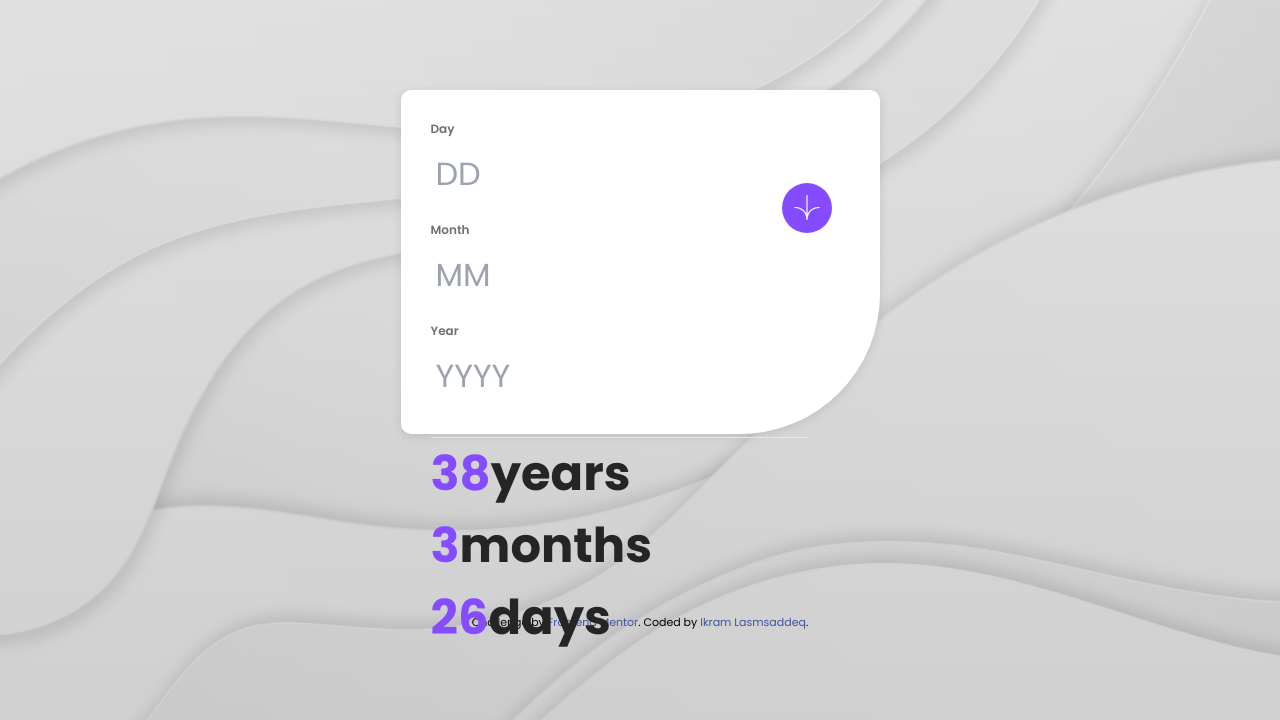
Repository: ikram-lisa/age-display
Page: /
The author's editor kept a copy of each file at every save. The page is drawn from the files as they stood at one save, then again after the next save.
The browser window is 1280 px wide. The pictures show the whole page.
Some web libraries are served in a nearby version. The project was rebuilt for these pictures with package versions that can differ from the ones it lists, and the page was loaded fresh each time.

Above is the page before, as saved 2024-05-01 00:40:38.

### index.html
<!DOCTYPE html>
<html lang="en">
  <head>
    <meta charset="UTF-8" />
    <meta name="viewport" content="width=device-width, initial-scale=1.0" />
    <!-- displays site properly based on user's device -->
    <link href="https://cdn.tailwindcss.com" rel="stylesheet" />
    <link rel="stylesheet" href="./css/style.scss" />
    <link
      rel="icon"
      type="image/png"
      sizes="32x32"
      href="./assets/images/favicon-32x32.png"
    />

    <title>Frontend Mentor | Age calculator app</title>
    <style>
      .attribution {
        font-size: 11px;
        text-align: center;
      }
      .attribution a {
        color: hsl(228, 45%, 44%);
      }
    </style>
  </head>
  <!-- <script type="module" src="js/script.js"></script> -->
  <body>
    <section class="calculator">
      <header>
        <form class="form" action="">
          <div class="formInput active error">
            <label for="day">Day</label>
            <input
              type="text"
              class="day"
              id="day"
              type="number"
              placeholder="DD"
              required
              minlength="4"
              maxlength="8"
              size="10"
            />
          </div>

          <div class="formInput active error">
            <label for="month">Month</label>
            <input
              type="text"
              class="month"
              id="month"
              type="number"
              placeholder="MM"
              required
              minlength="4"
              maxlength="8"
              size="10"
            />
          </div>

          <div class="formInput active error">
            <label for="year">Year</label>
            <input
              type="text"
              class="year"
              id="year"
              type="number"
              placeholder="YYYY"
              required
              minlength="4"
              maxlength="8"
              size="10"
            />
          </div>
        </form>
      </header>

      <button class="submit">
        <img src="./assets/images/icon-arrow.svg" alt="submit" />
      </button>

      <hr class="separator" />
      <div class="result">
        <p class="years"><span>38</span>years</p>
        <p class="month"><span>3</span>months</p>
        <p class="days"><span>26</span>days</p>
      </div>
    </section>
    <footer>
      <div class="attribution">
        Challenge by
        <a href="https://www.frontendmentor.io?ref=challenge" target="_blank"
          >Frontend Mentor</a
        >. Coded by <a href="#">Ikram Lasmsaddeq</a>.
      </div>
    </footer>
  </body>
</html>

### css/style.scss
@use "./base/variable" as *;
@use "./base/font.scss" as *;

@tailwind base;
@tailwind components;
@tailwind utilities;

* {
  margin: 0;
  padding: 0;
  box-sizing: border-box;
}
body {
  height: 100vh;
  background: linear-gradient(
      rgba(196, 196, 196, 0.5),
      rgba(161, 161, 161, 0.5)
    ),
    url("../images/background.jpg");
  background-size: cover;
  background-position: center;
  background-repeat: no-repeat;
  font-size: 32px;
  font-family: "Poppins", sans-serif;
  display: grid;
  place-items: center;
}
.calculator {
  width: 35%;
  min-width: 479px;
  height: 344px;
  background-color: white;
  border-radius: 10px 10px 140px 10px;
  box-shadow: rgba(99, 99, 99, 0.2) 0px 2px 8px 0px;
  position: relative;
  display: flex;
  flex-direction: column;
  padding: 30px;
  .form {
    display: flex;
    flex-wrap: wrap;
    margin-bottom: 30px;
    gap: 16px;
    .formInput {
      display: flex;
      flex-direction: column;

      label {
        font-size: 12px;
        font-weight: 600;
        margin-bottom: 5px;
        color: $smokeyGrey;
      }
      input[type="text"] {
        border: 1 solid rgb(217, 217, 217);
        padding: 7px 5px;
        outline: none;
      }
    }
  }
  .submit {
    width: 50px;
    height: 50px;
    border-radius: 50%;
    display: flex;
    justify-content: center;
    align-items: center;
    background-color: $purple;
    color: white;
    border: none;
    padding: 10px;
    position: absolute;
    top: 27%;
    right: 10%;
    cursor: pointer;
    transition: all 0.3s;

    &:hover {
      background-color: darken($purple, 10%);
    }
    img {
      width: 25px;
      height: 25px;
      display: block;
      min-width: 30px;
    }
  }

  .separator {
    width: 90%;
    height: 1px;
    background-color: rgb(209, 209, 209);
  }
  .result {
    .years,
    .month,
    .days {
      font-size: 48px;
      color: #252525;
      font-weight: bold;
      span {
        color: $purple;
      }
    }
  }
}

@media (max-width: 375px) {
}
@media (max-width: 768px) {
}
@media (max-width: 1440px) {
}

### css/base/_variable.scss
// Primary

$purple: hsl(259, 100%, 65%);
$lightRed: hsl(0, 100%, 67%);

// Neutral

$white: hsl(0, 0%, 100%);
$offWhite: hsl(0, 0%, 94%);
$lightGrey: hsl(0, 0%, 86%);
$smokeyGrey: hsl(0, 1%, 44%);
$offBlack: hsl(0, 0%, 8%);

### css/base/_font.scss
@import url("https://fonts.googleapis.com/css2?family=Montserrat:ital,wght@0,100..900;1,100..900&family=Open+Sans:ital,wght@0,400;0,600;0,700;0,800;1,400;1,700;1,800&family=Poppins:ital,wght@0,200;0,300;0,400;0,500;0,600;0,700;0,800;0,900;1,100;1,200;1,300;1,400;1,500;1,600;1,700;1,800;1,900&display=swap");

Loaded but not shown: tailwind.config.js (1075 lines, source omitted)

After the next save:
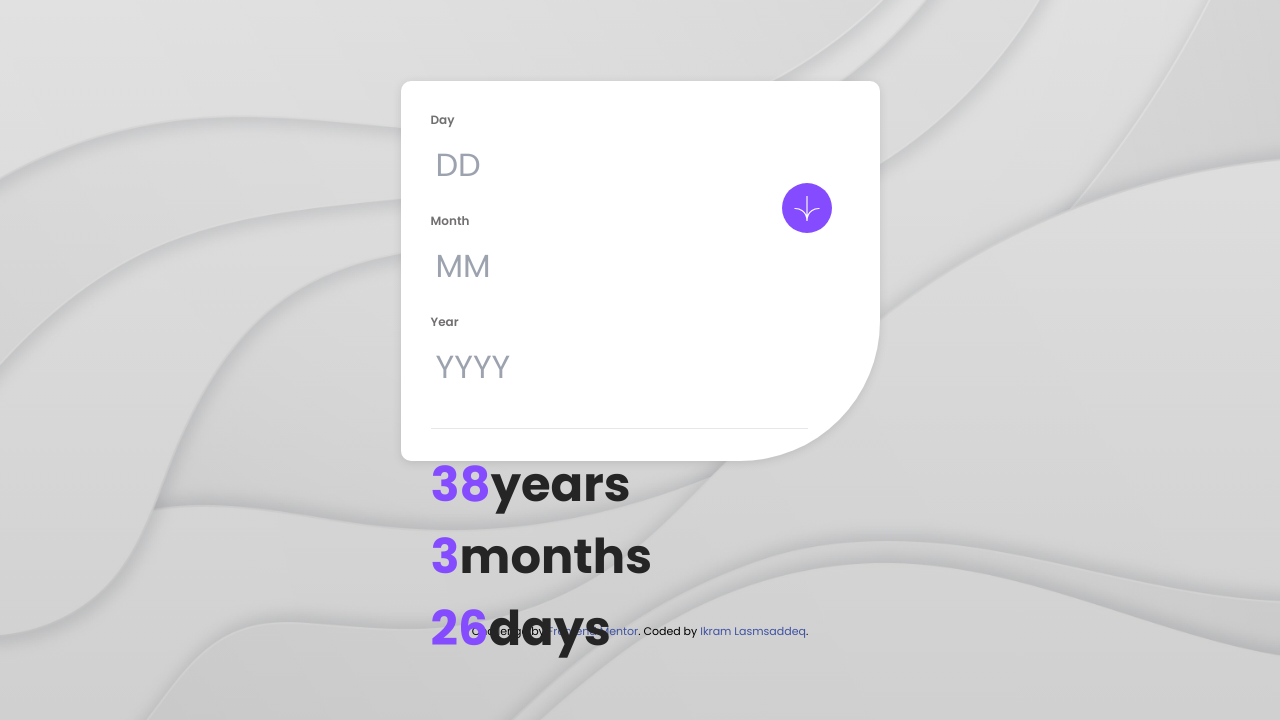
Saved 71 s later.
--- a/css/style.scss
+++ b/css/style.scss
@@ -28,7 +28,7 @@ body {
 .calculator {
   width: 35%;
   min-width: 479px;
-  height: 344px;
+  height: 380px;
   background-color: white;
   border-radius: 10px 10px 140px 10px;
   box-shadow: rgba(99, 99, 99, 0.2) 0px 2px 8px 0px;
@@ -92,6 +92,7 @@ body {
     background-color: rgb(209, 209, 209);
   }
   .result {
+    margin-top: 20px;
     .years,
     .month,
     .days {
